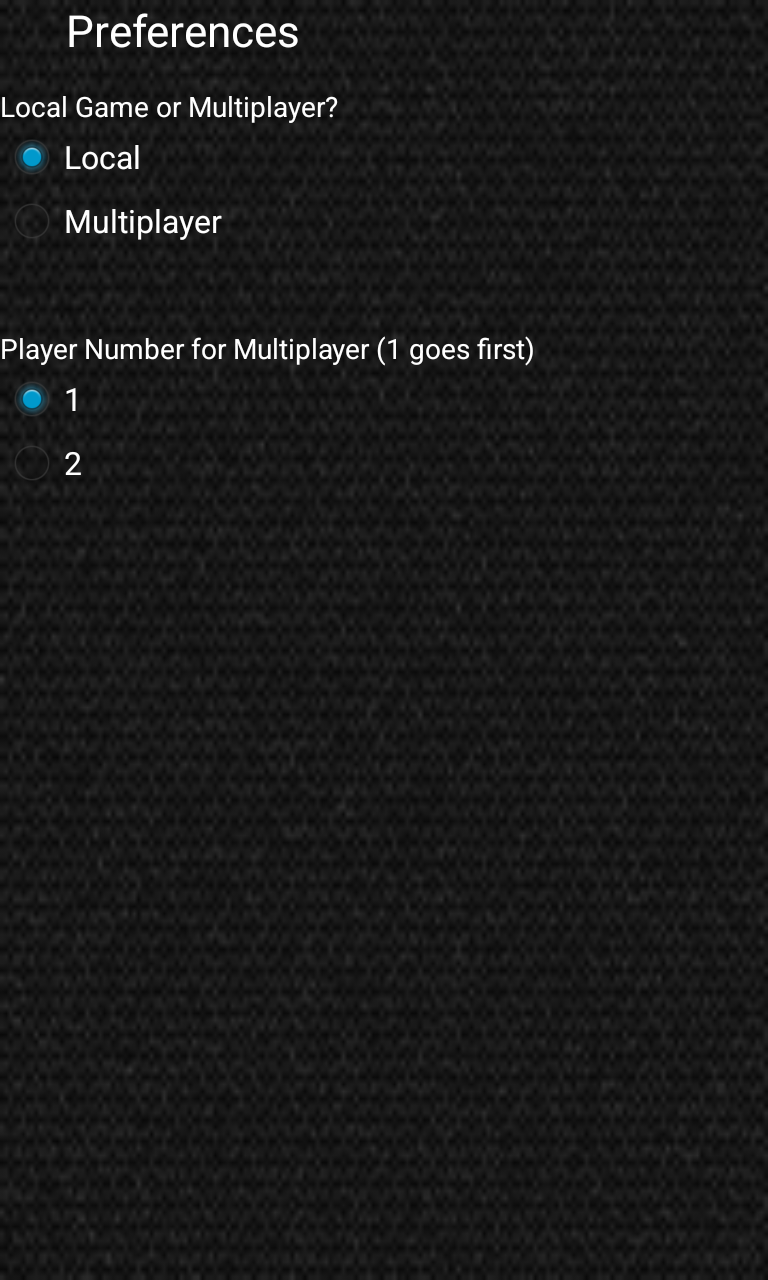
Repository: Tacohen/Killbots
Layout: Killbots/res/layout/settings.xml
The author's editor kept a copy of each file at every save. The layout is drawn from the files as they stood at one save, then again after the next save.
It is drawn on a 768 x 1280 px phone screen (xhdpi) without system bars, with theme AppTheme; the app's code is not run.

Above is the layout before, as saved 2013-12-15 21:26:50.

After the next save:
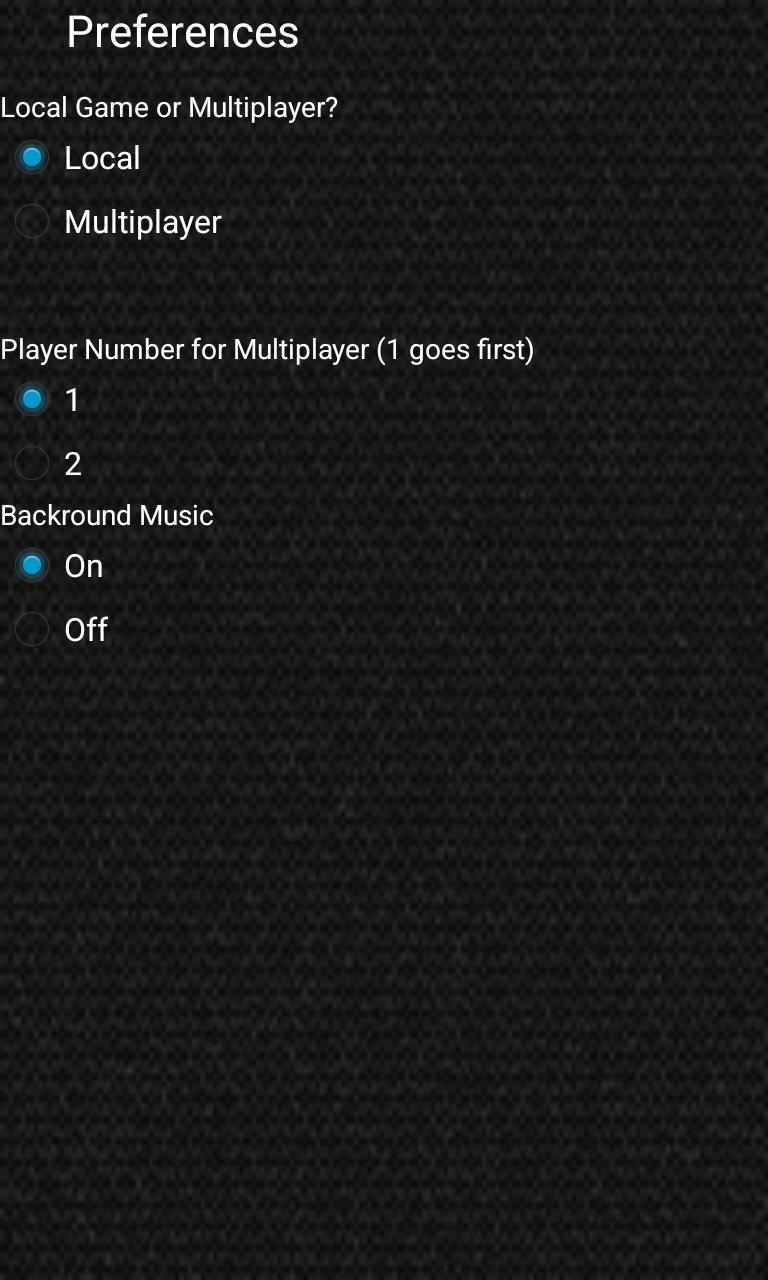
Saved 110 s later.
--- a/Killbots/res/layout/settings.xml
+++ b/Killbots/res/layout/settings.xml
@@ -99,5 +99,38 @@
             android:text="2" />
 
     </RadioGroup>
+
+         <TextView
+        android:id="@+id/musicTextView"
+        android:layout_width="wrap_content"
+        android:layout_height="wrap_content"
+        android:layout_alignParentLeft="true"
+        android:layout_alignTop="@+id/checkedid"
+        android:textColor="@android:color/white"
+        android:text="Backround Music" />
+
+        <RadioGroup
+        android:id="@+id/radioGroupMusic"
+        android:layout_width="wrap_content"
+        android:layout_height="wrap_content"
+        android:layout_alignParentLeft="true"
+        android:layout_below="@+id/musicTextView" >
+
+        <RadioButton
+            android:id="@+id/musicOn"
+            android:layout_width="wrap_content"
+            android:layout_height="wrap_content"
+            android:checked="true"
+            android:textColor="@android:color/white"
+            android:text="On"/>
+
+        <RadioButton
+            android:id="@+id/musicOff"
+            android:layout_width="wrap_content"
+            android:layout_height="wrap_content"
+            android:textColor="@android:color/white"
+            android:text="Off" />
+
+    </RadioGroup>
 </LinearLayout>
 </ScrollView>
